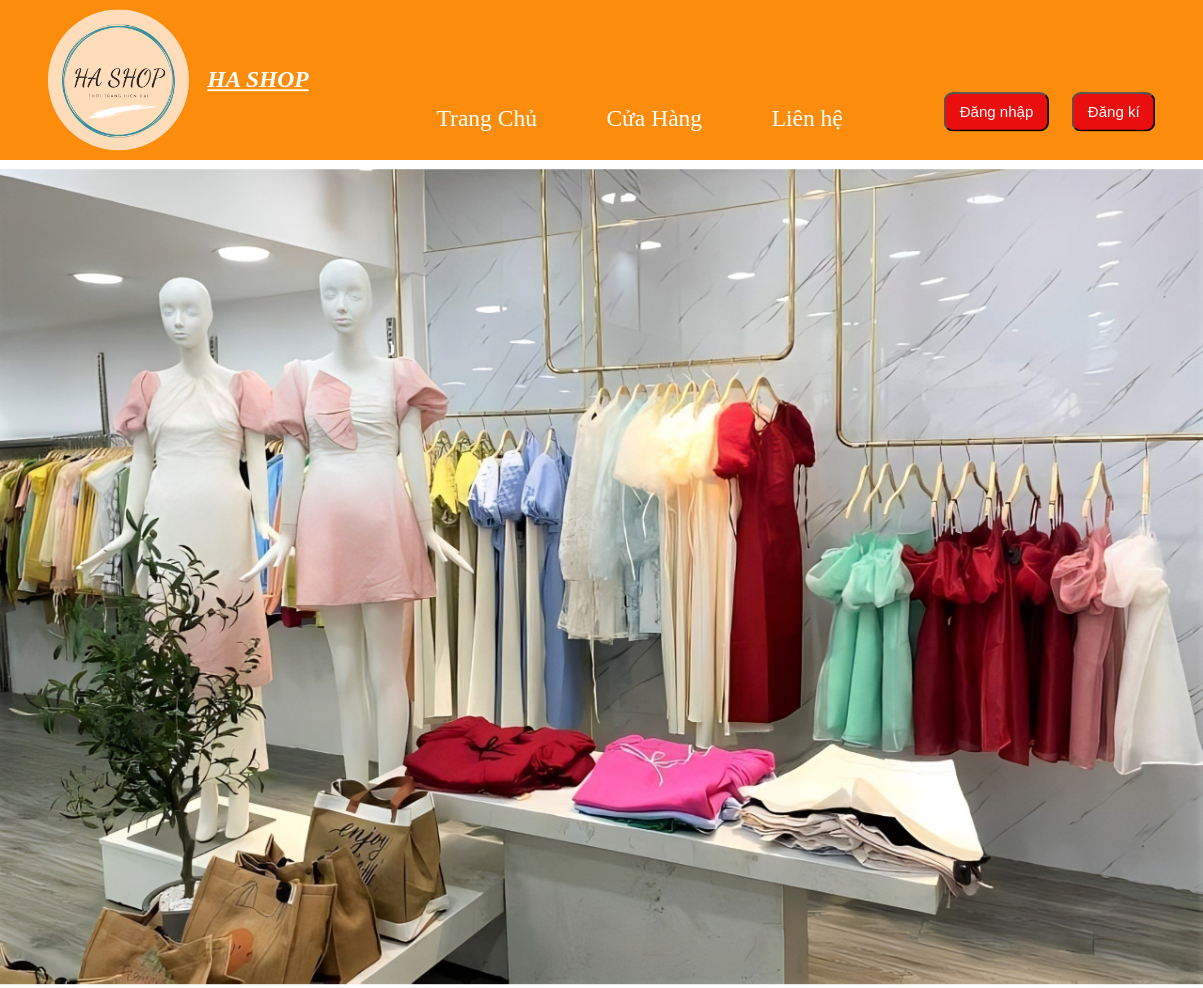
Repository: manhhieu120499/demo_page
Page: trangchu.html
The author's editor kept a copy of each file at every save. The page is drawn from the files as they stood at one save, then again after a run of saves.
The browser window is 1280 px wide. The pictures show the whole page, at 94% of full size.

Above is the page before, as saved 2023-03-04 10:18:09.

### trangchu.html
<!DOCTYPE html>
<html lang="en">

<head>
    <meta charset="UTF-8" />
    <meta http-equiv="X-UA-Compatible" content="IE=edge" />
    <meta name="viewport" content="width=device-width, initial-scale=1.0" />
    <title>Document</title>
    <link rel="stylesheet" href="./style_trangchu.css">
</head>

<body>
    <div class="wrap">
        <div class="header">
            <div class="left-header">
                <img src="./Thời trang hiện dại.png" alt="logo_shop" class="picture"/>
                <h2 class="shop_name">HA SHOP</h2>
            </div>

            <div class="right-header">
                <div class="link">
                    <a href="#">Trang Chủ</a>
                    <a href="#">Cửa Hàng</a>
                    <a href="#">Liên hệ</a>
                </div>
                 <div class="btn">
                     <button>Đăng nhập</button>
                     <button>Đăng kí</button>
                 </div>
            </div>
        </div>

        <div class="slide_bar">
            <img src="./slide.jpg" alt="slide_picture">
        </div>


</body>

</html>

### style_trangchu.css
* {
    margin: 0;
    box-sizing: border-box;
}


.header {
    background-color: #FC8D0C;
    display: flex;
    justify-content: space-around;
    position: fixed;
    width: 100%;
    top: 0;
    left: 0;
    padding: 10px 0;
}

.left-header {
    display: flex;
    align-items: center;
    gap: 20px;
}

.left-header .picture {
    width: 150px;
    height: 150px;
    border-radius: 50%;
}

.left-header .shop_name {
    color: white;
    font-size: 25px;
    text-decoration: underline;
    font-style: italic;
}

.right-header .link > a {
    color: white;
    text-decoration: none;
    font-size: 25px;
    padding: 10px 35px;
}

.right-header {
    width: 800px;
    display: flex;
    align-items: flex-end;
    margin-bottom: 20px;
    justify-content: space-between;
}

.right-header .btn > button {
    background-color: #EA0E0E;
    padding: 10px 15px;
    border-radius: 10px;
    margin-left: 20px;
    font-size: 16px;
    color: white;
}

/* slide bar*/
.slide_bar {
    margin-top: 180px;
    height: 400px;
}
.slide_bar > img{
    width: 100%;
    ob
    height: 400px;
}

After the next 2 saves:
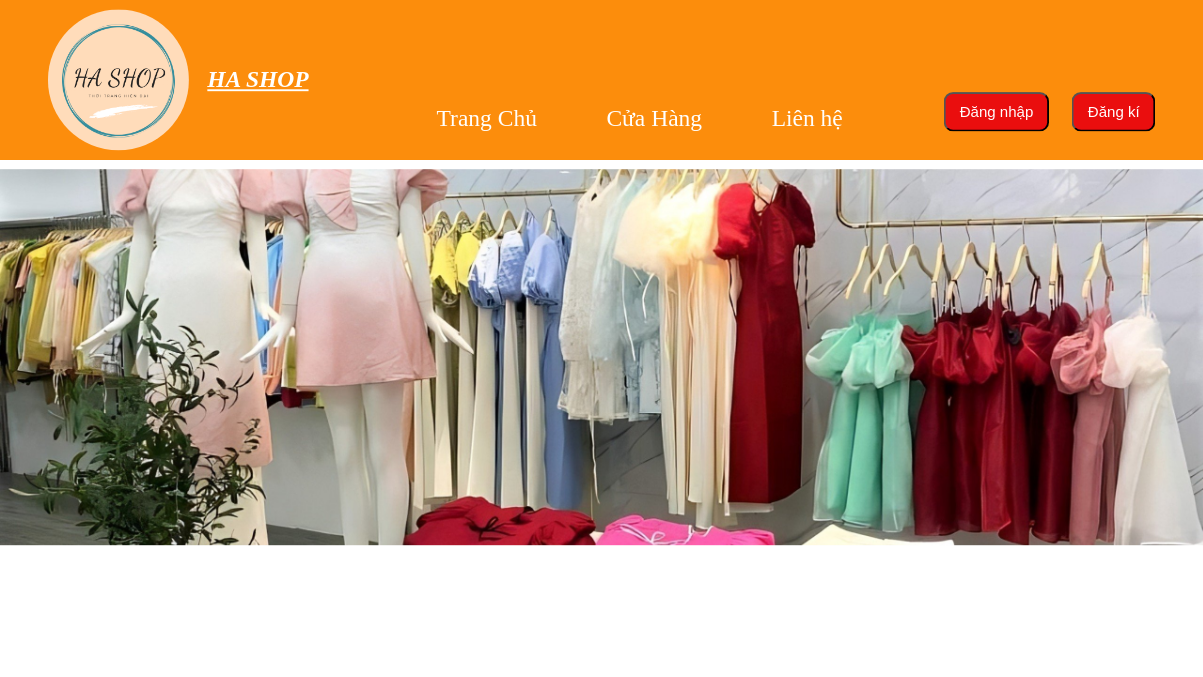
The 2 saves are shown as one change because they came seconds apart.
The last was saved 7 s later.
--- a/style_trangchu.css
+++ b/style_trangchu.css
@@ -65,6 +65,6 @@
 }
 .slide_bar > img{
     width: 100%;
-    ob
+    object-fit: cover;
     height: 400px;
 }
